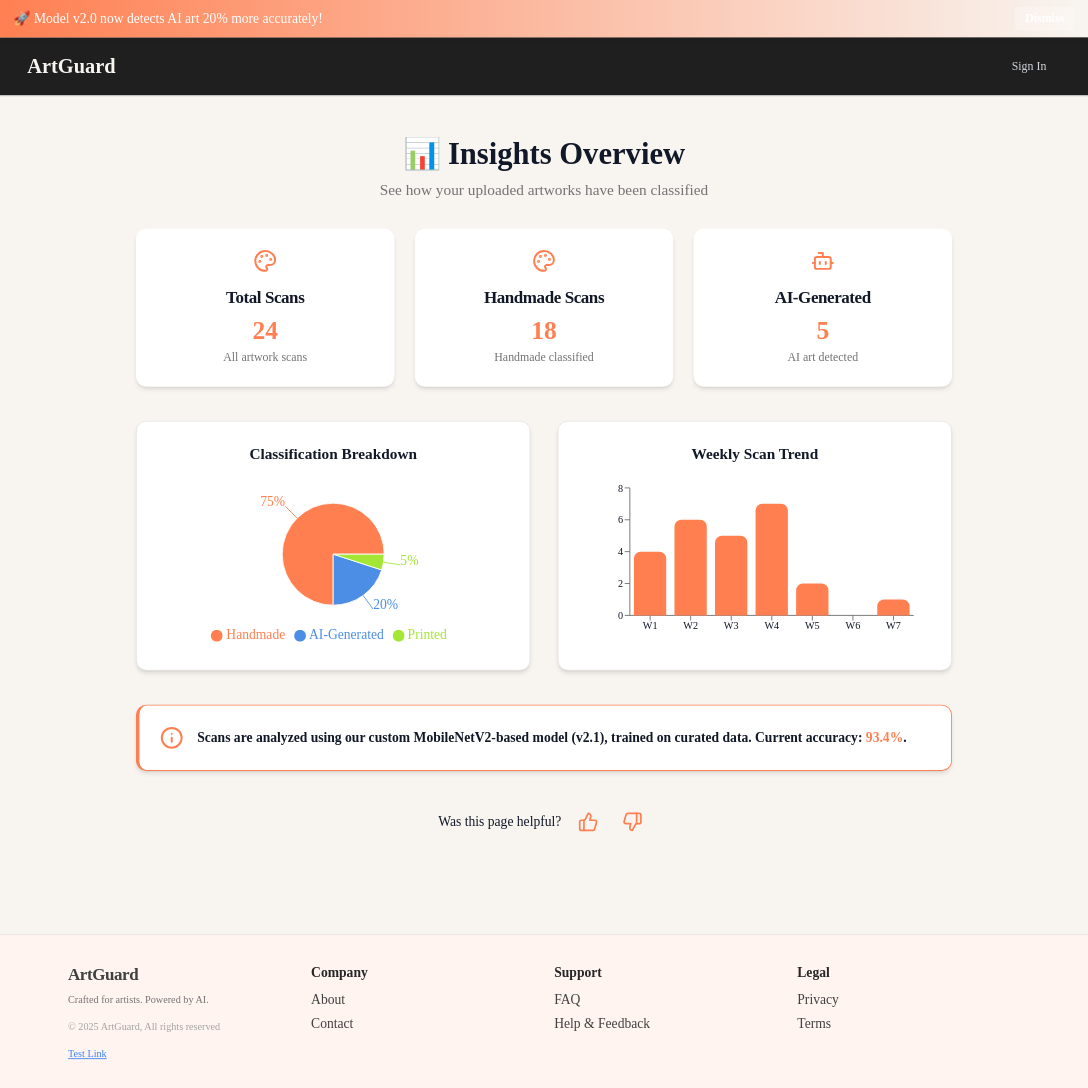
Repository: Arunkumar158/artguard
Page: /insights
These files come from the project's save history. The page is drawn as it stood at one moment and after the next save; the edit follows.
The browser window is 1280 px wide. The pictures show the whole page, at 85% of full size.
The project was rebuilt for these pictures with package versions that can differ from the ones it lists, and the page was loaded fresh each time. Also part of the build but not shown: vite.config.ts, src/components/ui/button.tsx, src/components/ui/label.tsx, src/components/ui/form.tsx, src/components/ui/input.tsx, src/components/ui/tabs.tsx, src/components/ui/alert-dialog.tsx, src/components/auth/AuthForm.tsx and 26 more.

Above is the page before, as saved 2025-07-14 09:41:36.

### index.html
<!DOCTYPE html>
<html lang="en">
  <head>
    <meta charset="UTF-8" />
    <meta name="viewport" content="width=device-width, initial-scale=1.0" />
    <title>art-sense-scan-reveal</title>
    <meta name="description" content="Lovable Generated Project" />
    <meta name="author" content="Lovable" />

    <meta property="og:title" content="art-sense-scan-reveal" />
    <meta property="og:description" content="Lovable Generated Project" />
    <meta property="og:type" content="website" />
    <meta property="og:image" content="https://lovable.dev/opengraph-image-p98pqg.png" />

    <meta name="twitter:card" content="summary_large_image" />
    <meta name="twitter:site" content="@lovable_dev" />
    <meta name="twitter:image" content="https://lovable.dev/opengraph-image-p98pqg.png" />
  </head>

  <body>
    <div id="root"></div>
    <!-- IMPORTANT: DO NOT REMOVE THIS SCRIPT TAG OR THIS VERY COMMENT! -->
    <script src="https://cdn.gpteng.co/gptengineer.js" type="module"></script>
    <script type="module" src="/src/main.tsx"></script>
  </body>
</html>

### src/main.tsx
import { createRoot } from 'react-dom/client'
import { BrowserRouter as Router } from 'react-router-dom'
import App from './App.tsx'
import './index.css'

createRoot(document.getElementById("root")!).render(
  <Router>
    <App />
  </Router>
);

### src/index.css
@import url('https://fonts.googleapis.com/css2?family=Inter:wght@400;500;600;700&family=Playfair+Display:wght@700&display=swap');

@tailwind base;
@tailwind components;
@tailwind utilities;

@layer base {
  :root {
    --background: 0 0% 100%;
    --foreground: 222.2 84% 4.9%;

    /* Art Guard Brand Colors */
    --brand-background: 36 33% 96%; /* #F9F6F2 */
    --brand-primary: 16 100% 66%;   /* #FF7F50 */
    --brand-text: 0 0% 12%;       /* #1E1E1E */

    --card: 0 0% 100%;
    --card-foreground: 222.2 84% 4.9%;

    --popover: 38 50% 98%;
    --popover-foreground: 0 0% 11.8%;

    --primary: 222.2 47.4% 11.2%;
    --primary-foreground: 210 40% 98%;

    --secondary: 210 40% 96.1%;
    --secondary-foreground: 0 0% 9%;

    --muted: 0 0% 96.1%;
    --muted-foreground: 0 0% 45.1%;

    --accent: 0 0% 96.1%;
    --accent-foreground: 0 0% 9%;

    --destructive: 0 84.2% 60.2%;
    --destructive-foreground: 0 0% 98%;

    --border: 0 0% 90%;
    --input: 0 0% 90%;
    --ring: 16 100% 66%; /* Brand primary for focus rings */

    --radius: 0.5rem;
  }

  .dark {
    --background: 222.2 84% 4.9%;
    --foreground: 210 40% 98%;

    /* Art Guard Brand Colors */
    --brand-background: 36 33% 96%; /* #F9F6F2 */
    --brand-primary: 16 100% 66%;   /* #FF7F50 */
    --brand-text: 0 0% 12%;       /* #1E1E1E */

    --card: 222.2 84% 4.9%;
    --card-foreground: 210 40% 98%;

    --popover: 0 0% 11.8%;
    --popover-foreground: 38 50% 98%;

    --primary: 210 40% 98%;
    --primary-foreground: 222.2 47.4% 11.2%;

    --secondary: 217.2 32.6% 17.5%;
    --secondary-foreground: 0 0% 98%;

    --muted: 0 0% 17.5%;
    --muted-foreground: 0 0% 65.1%;

    --accent: 0 0% 17.5%;
    --accent-foreground: 0 0% 98%;

    --destructive: 0 62.8% 30.6%;
    --destructive-foreground: 0 0% 98%;

    --border: 0 0% 25%;
    --input: 0 0% 25%;
    --ring: 16 100% 66%;
  }
}

@layer base {
  * {
    @apply border-border;
  }

  body {
    @apply bg-background text-foreground font-sans;
  }

  h1, h2, h3, h4, h5, h6 {
    @apply font-serif;
  }
}

/* Additional keyframes for animations */
@keyframes fade-in {
  from {
    opacity: 0;
    transform: translateY(10px);
  }
  to {
    opacity: 1;
    transform: translateY(0);
  }
}

@layer utilities {
  .animate-fade-in {
    animation: fade-in 0.4s ease-out forwards;
  }
}

### src/lib/supabaseClient.ts
import { createClient } from '@supabase/supabase-js'

const supabaseUrl = "https://bawanuusktkjmlniedlu.supabase.co"
const supabaseAnonKey = "eyJhbGciOiJIUzI1NiIsInR5cCI6IkpXVCJ9.eyJpc3MiOiJzdXBhYmFzZSIsInJlZiI6ImJhd2FudXVza3Rram1sbmllZGx1Iiwicm9sZSI6ImFub24iLCJpYXQiOjE3NTA1ODg3MTUsImV4cCI6MjA2NjE2NDcxNX0.ERK2N1GqeKfrCd2n5coqiYEGMFnfx_IXZGKz0Kpm_Bg"

export const supabase = createClient(supabaseUrl, supabaseAnonKey)

### src/pages/Insights.tsx
import React, { useState } from "react";
import { Card, CardHeader, CardContent, CardTitle, CardDescription } from "@/components/ui/card";
import { Dialog, DialogTrigger, DialogContent } from "@/components/ui/dialog";
import { useToast } from "@/components/ui/use-toast";
import { PieChart, Pie, Cell, Tooltip, Legend, ResponsiveContainer, BarChart, Bar, XAxis, YAxis } from "recharts";
import { Info, ThumbsUp, ThumbsDown, Palette, Bot, Printer } from "lucide-react";

const statCards = [
  {
    title: "Total Scans",
    value: 24,
    icon: <Palette className="w-7 h-7 text-[#FF7F50]" />, // 🎨
    desc: "All artwork scans",
  },
  {
    title: "Handmade Scans",
    value: 18,
    icon: <Palette className="w-7 h-7 text-[#FF7F50]" />, // 🎨
    desc: "Handmade classified",
  },
  {
    title: "AI-Generated",
    value: 5,
    icon: <Bot className="w-7 h-7 text-[#FF7F50]" />, // 🤖
    desc: "AI art detected",
  },
];

const pieData = [
  { name: "Handmade", value: 75 },
  { name: "AI-Generated", value: 20 },
  { name: "Printed", value: 5 },
];
const pieColors = ["#FF7F50", "#4C8DE5", "#A3E635"];

const barData = [
  { week: "W1", scans: 4 },
  { week: "W2", scans: 6 },
  { week: "W3", scans: 5 },
  { week: "W4", scans: 7 },
  { week: "W5", scans: 2 },
  { week: "W6", scans: 0 },
  { week: "W7", scans: 1 },
];

const Insights = () => {
  const { toast } = useToast();
  const [feedbackOpen, setFeedbackOpen] = useState(false);

  const handleFeedback = (positive: boolean) => {
    toast({
      title: "Thanks for your feedback!",
      description: positive ? "We're glad you found it helpful." : "We'll use your feedback to improve.",
    });
    setFeedbackOpen(false);
  };

  return (
    <div className="max-w-5xl mx-auto px-4 sm:px-6 lg:px-8">
      {/* Page Title */}
      <div className="mb-6 sm:mb-8 text-center">
        <h1 className="text-2xl sm:text-3xl lg:text-4xl font-bold text-[#111827] flex items-center justify-center gap-2">
          <span role="img" aria-label="chart">📊</span> Insights Overview
        </h1>
        <p className="text-sm sm:text-base lg:text-lg text-muted-foreground mt-2">See how your uploaded artworks have been classified</p>
      </div>

      {/* Stat Cards */}
      <div className="grid grid-cols-1 sm:grid-cols-2 md:grid-cols-3 gap-4 sm:gap-6 mb-8 sm:mb-10">
        {statCards.map((card, i) => (
          <Card key={card.title} className="bg-white rounded-xl shadow-md flex flex-col items-center py-4 sm:py-6 border-0">
            <CardHeader className="flex flex-col items-center gap-2 p-0 mb-2">
              {card.icon}
              <CardTitle className="text-lg sm:text-xl font-semibold text-[#111827] text-center">{card.title}</CardTitle>
            </CardHeader>
            <CardContent className="flex flex-col items-center p-0">
              <span className="text-2xl sm:text-3xl font-bold text-[#FF7F50]">{card.value}</span>
              <CardDescription className="mt-1 text-xs sm:text-sm text-center">{card.desc}</CardDescription>
            </CardContent>
          </Card>
        ))}
      </div>

      {/* Charts Section */}
      <div className="grid grid-cols-1 md:grid-cols-2 gap-6 sm:gap-8 mb-8 sm:mb-10">
        {/* Pie Chart */}
        <Card className="bg-white rounded-xl shadow-md p-4 sm:p-6 flex flex-col items-center">
          <CardHeader className="flex flex-row items-center gap-2 p-0 mb-4">
            <span className="text-base sm:text-lg font-semibold text-[#111827]">Classification Breakdown</span>
          </CardHeader>
          <CardContent className="w-full flex flex-col items-center p-0">
            <ResponsiveContainer width="100%" height={200} className="min-h-[200px]">
              <PieChart>
                <Pie
                  data={pieData}
                  dataKey="value"
                  nameKey="name"
                  cx="50%"
                  cy="50%"
                  outerRadius={60}
                  label={({ percent }) => `${(percent * 100).toFixed(0)}%`}
                >
                  {pieData.map((entry, idx) => (
                    <Cell key={`cell-${idx}`} fill={pieColors[idx % pieColors.length]} />
                  ))}
                </Pie>
                <Tooltip />
                <Legend verticalAlign="bottom" iconType="circle"/>
              </PieChart>
            </ResponsiveContainer>
          </CardContent>
        </Card>

        {/* Bar Chart */}
        <Card className="bg-white rounded-xl shadow-md p-4 sm:p-6 flex flex-col items-center">
          <CardHeader className="flex flex-row items-center gap-2 p-0 mb-4">
            <span className="text-base sm:text-lg font-semibold text-[#111827]">Weekly Scan Trend</span>
          </CardHeader>
          <CardContent className="w-full flex flex-col items-center p-0">
            <ResponsiveContainer width="100%" height={200} className="min-h-[200px]">
              <BarChart data={barData} margin={{ top: 10, right: 20, left: 0, bottom: 10 }}>
                <XAxis dataKey="week" tick={{ fill: '#111827', fontSize: 12 }} />
                <YAxis tick={{ fill: '#111827', fontSize: 12 }} allowDecimals={false} />
                <Tooltip />
                <Bar dataKey="scans" fill="#FF7F50" radius={[8, 8, 0, 0]} />
              </BarChart>
            </ResponsiveContainer>
          </CardContent>
        </Card>
      </div>

      {/* Model Accuracy Box */}
      <Card className="bg-white rounded-xl shadow-md flex flex-col sm:flex-row sm:items-center gap-4 p-4 sm:p-6 mb-8 sm:mb-10 border-l-4 border-[#FF7F50]">
        <Info className="w-6 h-6 sm:w-7 sm:h-7 text-[#FF7F50] flex-shrink-0" />
        <div>
          <div className="font-semibold text-[#111827] text-sm sm:text-base">Scans are analyzed using our custom MobileNetV2-based model (v2.1), trained on curated data. Current accuracy: <span className="text-[#FF7F50] font-bold">93.4%</span>.</div>
        </div>
      </Card>

      {/* Feedback CTA */}
      <div className="flex flex-col items-center mb-6 sm:mb-8">
        <div className="flex items-center gap-3">
          <span className="text-sm sm:text-base font-medium text-[#111827]">Was this page helpful?</span>
          <button
            className="rounded-full p-2 hover:bg-[#FF7F50]/10 transition"
            aria-label="Yes"
            onClick={() => handleFeedback(true)}
          >
            <ThumbsUp className="w-5 h-5 sm:w-6 sm:h-6 text-[#FF7F50]" />
          </button>
          <button
            className="rounded-full p-2 hover:bg-[#FF7F50]/10 transition"
            aria-label="No"
            onClick={() => handleFeedback(false)}
          >
            <ThumbsDown className="w-5 h-5 sm:w-6 sm:h-6 text-[#FF7F50]" />
          </button>
        </div>
      </div>
    </div>
  );
};

export default Insights;

### src/components/ui/toaster.tsx
import { useToast } from "@/hooks/use-toast"
import {
  Toast,
  ToastClose,
  ToastDescription,
  ToastProvider,
  ToastTitle,
  ToastViewport,
} from "@/components/ui/toast"

export function Toaster() {
  const { toasts } = useToast()

  return (
    <ToastProvider>
      {toasts.map(function ({ id, title, description, action, ...props }) {
        return (
          <Toast key={id} {...props}>
            <div className="grid gap-1">
              {title && <ToastTitle>{title}</ToastTitle>}
              {description && (
                <ToastDescription>{description}</ToastDescription>
              )}
            </div>
            {action}
            <ToastClose />
          </Toast>
        )
      })}
      <ToastViewport />
    </ToastProvider>
  )
}

### src/components/MainLayout.tsx
import React from "react";
import { Session } from "@supabase/supabase-js";
import { Header } from "./Header";
import Footer from "./Footer";

interface MainLayoutProps {
  children: React.ReactNode;
  session: Session | null;
}

export const MainLayout: React.FC<MainLayoutProps> = ({
  children,
  session,
}) => {
  const [showBanner, setShowBanner] = React.useState(true);
  return (
    <div className="min-h-screen bg-brand-background flex flex-col font-sans">
      {showBanner && (
        <div className="w-full bg-gradient-to-r from-brand-primary to-brand-secondary text-white flex items-center justify-center py-2 px-4 shadow-md z-50">
          <span className="mr-4 text-base font-medium">🚀 Model v2.0 now detects AI art 20% more accurately!</span>
          <button
            onClick={() => setShowBanner(false)}
            className="ml-auto px-3 py-1 rounded bg-white/20 hover:bg-white/30 text-white text-sm font-semibold transition-colors"
            aria-label="Dismiss notification"
          >
            Dismiss
          </button>
        </div>
      )}
      <Header session={session} />
      <main className="flex-1 container py-12">{children}</main>
      <Footer />
    </div>
  );
};

### src/components/ui/card.tsx
import * as React from "react"

import { cn } from "@/lib/utils"

const Card = React.forwardRef<
  HTMLDivElement,
  React.HTMLAttributes<HTMLDivElement>
>(({ className, ...props }, ref) => (
  <div
    ref={ref}
    className={cn(
      "rounded-lg border bg-card text-card-foreground shadow-sm",
      className
    )}
    {...props}
  />
))
Card.displayName = "Card"

const CardHeader = React.forwardRef<
  HTMLDivElement,
  React.HTMLAttributes<HTMLDivElement>
>(({ className, ...props }, ref) => (
  <div
    ref={ref}
    className={cn("flex flex-col space-y-1.5 p-6", className)}
    {...props}
  />
))
CardHeader.displayName = "CardHeader"

const CardTitle = React.forwardRef<
  HTMLParagraphElement,
  React.HTMLAttributes<HTMLHeadingElement>
>(({ className, ...props }, ref) => (
  <h3
    ref={ref}
    className={cn(
      "text-2xl font-semibold leading-none tracking-tight",
      className
    )}
    {...props}
  />
))
CardTitle.displayName = "CardTitle"

const CardDescription = React.forwardRef<
  HTMLParagraphElement,
  React.HTMLAttributes<HTMLParagraphElement>
>(({ className, ...props }, ref) => (
  <p
    ref={ref}
    className={cn("text-sm text-muted-foreground", className)}
    {...props}
  />
))
CardDescription.displayName = "CardDescription"

const CardContent = React.forwardRef<
  HTMLDivElement,
  React.HTMLAttributes<HTMLDivElement>
>(({ className, ...props }, ref) => (
  <div ref={ref} className={cn("p-6 pt-0", className)} {...props} />
))
CardContent.displayName = "CardContent"

const CardFooter = React.forwardRef<
  HTMLDivElement,
  React.HTMLAttributes<HTMLDivElement>
>(({ className, ...props }, ref) => (
  <div
    ref={ref}
    className={cn("flex items-center p-6 pt-0", className)}
    {...props}
  />
))
CardFooter.displayName = "CardFooter"

export { Card, CardHeader, CardFooter, CardTitle, CardDescription, CardContent }

### src/components/Footer.tsx
import React from "react";

const footerLinks = [
  {
    title: "Company",
    links: [
      { name: "About", href: "/about" },
      { name: "Contact", href: "/contact" },
    ],
  },
  {
    title: "Support",
    links: [
      { name: "FAQ", href: "/faq" },
      { name: "Help & Feedback", href: "/contact" },
    ],
  },
  {
    title: "Legal",
    links: [
      { name: "Privacy", href: "/privacy-policy" },
      { name: "Terms", href: "/terms-of-service" },
    ],
  },
];

export default function Footer() {
  return (
    <footer className="bg-[#FFF4F0] border-t border-neutral-200 py-8 mt-8 text-neutral-700 text-sm md:text-base">
      <div className="max-w-6xl mx-auto px-4 md:px-4">
        <div className="flex flex-col md:grid md:grid-cols-4 gap-6 md:gap-6 py-4 px-4 md:p-0">
          {/* Brand/Left Side */}
          <div className="mb-6 md:mb-0 flex flex-col gap-2 md:col-span-1">
            <h2 className="text-xl font-bold tracking-tight">ArtGuard</h2>
            <span className="text-xs text-neutral-500">Crafted for artists. Powered by AI.</span>
            <span className="text-xs text-neutral-400 mt-2">© 2025 ArtGuard, All rights reserved</span>
            <a href="/test" className="text-xs text-blue-500 underline mt-2">Test Link</a>
          </div>
          {/* 3 Columns */}
          <div className="flex flex-col space-y-3 md:space-y-0 md:grid md:grid-cols-3 gap-6 md:col-span-3">
            {footerLinks.map((col) => (
              <div key={col.title}>
                <div className="font-semibold mb-2 text-neutral-800">{col.title}</div>
                <ul className="space-y-1">
                  {col.links.map((link) => (
                    <li key={link.name}>
                      <a
                        href={link.href}
                        className="block md:inline-block w-full md:w-auto px-2 py-2 md:px-0 md:py-0 rounded transition-colors duration-150 hover:underline hover:bg-[#FF7F50]/10 focus:bg-[#FF7F50]/20 focus:outline-none text-neutral-700"
                        style={{ minWidth: 0 }}
                      >
                        {link.name}
                      </a>
                    </li>
                  ))}
                </ul>
              </div>
            ))}
          </div>
        </div>
      </div>
    </footer>
  );
}

### tailwind.config.ts
import type { Config } from "tailwindcss";
import { fontFamily } from "tailwindcss/defaultTheme";
import tailwindcssAnimate from "tailwindcss-animate";

export default {
	darkMode: ["class"],
	content: [
		"./pages/**/*.{ts,tsx}",
		"./components/**/*.{ts,tsx}",
		"./app/**/*.{ts,tsx}",
		"./src/**/*.{ts,tsx}",
	],
	prefix: "",
	theme: {
		container: {
			center: true,
			padding: '2rem',
			screens: {
				'2xl': '1400px'
			}
		},
		extend: {
			fontFamily: {
				sans: ["var(--font-sans)", "Inter", "sans-serif"],
				serif: ["var(--font-serif)", "Playfair Display", "serif"],
			},
			colors: {
				border: 'hsl(var(--border))',
				input: 'hsl(var(--input))',
				ring: 'hsl(var(--ring))',
				background: 'hsl(var(--background))',
				foreground: 'hsl(var(--foreground))',
				'brand-background': 'hsl(var(--brand-background))',
				'brand-primary': 'hsl(var(--brand-primary))',
				'brand-text': 'hsl(var(--brand-text))',
				primary: {
					DEFAULT: 'hsl(var(--primary))',
					foreground: 'hsl(var(--primary-foreground))'
				},
				secondary: {
					DEFAULT: 'hsl(var(--secondary))',
					foreground: 'hsl(var(--secondary-foreground))'
				},
				destructive: {
					DEFAULT: 'hsl(var(--destructive))',
					foreground: 'hsl(var(--destructive-foreground))'
				},
				muted: {
					DEFAULT: 'hsl(var(--muted))',
					foreground: 'hsl(var(--muted-foreground))'
				},
				accent: {
					DEFAULT: 'hsl(var(--accent))',
					foreground: 'hsl(var(--accent-foreground))'
				},
				popover: {
					DEFAULT: 'hsl(var(--popover))',
					foreground: 'hsl(var(--popover-foreground))'
				},
				card: {
					DEFAULT: 'hsl(var(--card))',
					foreground: 'hsl(var(--card-foreground))'
				},
				'handmade': "#D96D6D",
				'ai-generated': "#4C8DE5",
				'digital-print': "#4EE5D3",
				'brand': "#FF7F50",
			},
			borderRadius: {
				lg: 'var(--radius)',
				md: 'calc(var(--radius) - 2px)',
				sm: 'calc(var(--radius) - 4px)'
			},
			keyframes: {
				'accordion-down': {
					from: {
						height: '0'
					},
					to: {
						height: 'var(--radix-accordion-content-height)'
					}
				},
				'accordion-up': {
					from: {
						height: 'var(--radix-accordion-content-height)'
					},
					to: {
						height: '0'
					}
				},
				'pulse': {
					'0%, 100%': {
						opacity: '1'
					},
					'50%': {
						opacity: '0.5'
					}
				},
				'shimmer': {
					'0%': {
						backgroundPosition: '-200% 0'
					},
					'100%': {
						backgroundPosition: '200% 0'
					}
				}
			},
			animation: {
				'accordion-down': 'accordion-down 0.2s ease-out',
				'accordion-up': 'accordion-up 0.2s ease-out',
				'pulse': 'pulse 2s cubic-bezier(0.4, 0, 0.6, 1) infinite',
				'shimmer': 'shimmer 2s infinite linear'
			}
		}
	},
	plugins: [tailwindcssAnimate],
} satisfies Config;

Loaded but not shown: src/lib/utils.ts (common file); src/components/ui/use-toast.ts (common file); src/hooks/use-toast.ts (common file); src/components/Header.tsx (125 lines, source omitted); src/components/ui/toast.tsx (127 lines, source omitted); src/components/ui/sheet.tsx (130 lines, source omitted); src/App.tsx (93 lines, source omitted)

After the next save:
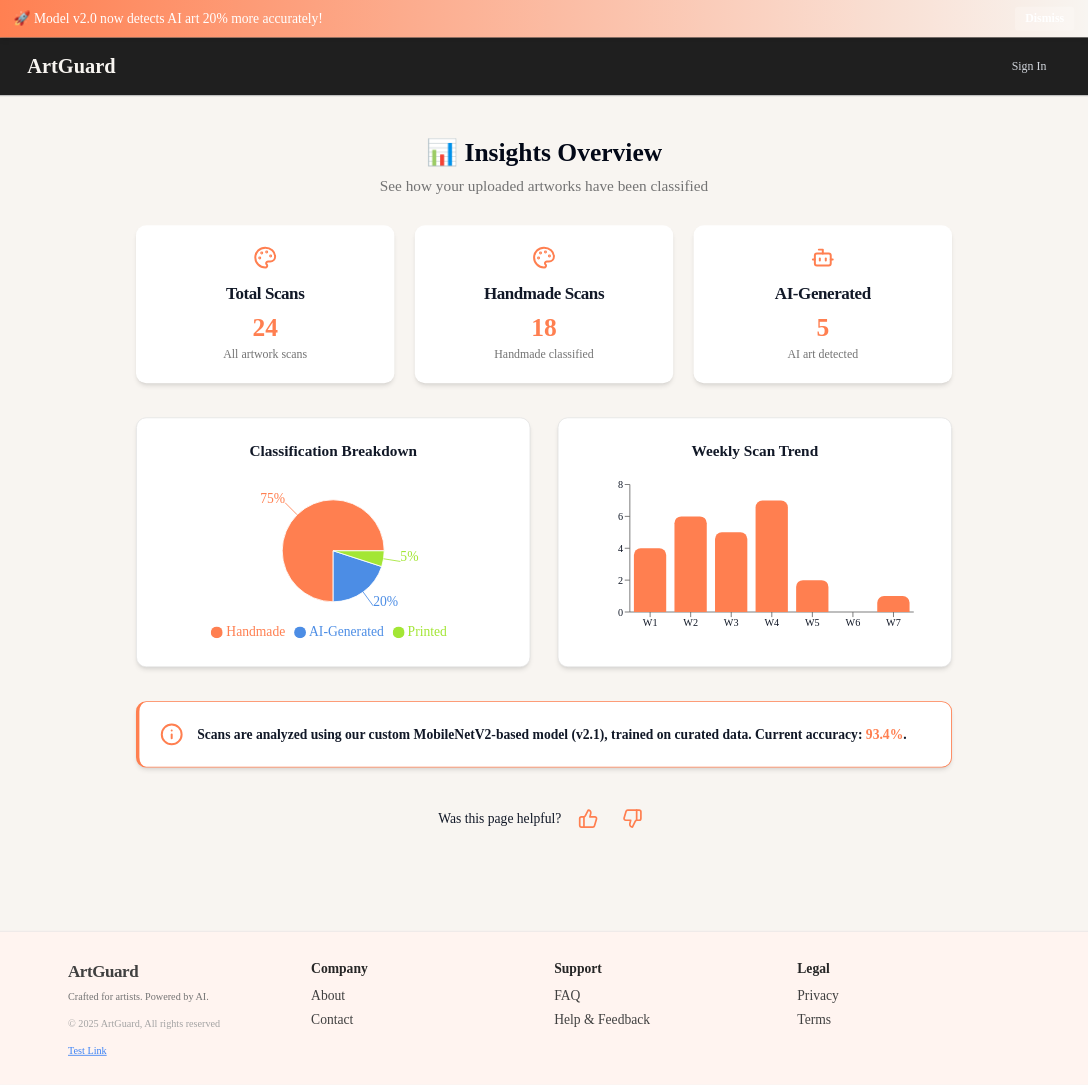
Saved 8 s later.
--- a/src/pages/Insights.tsx
+++ b/src/pages/Insights.tsx
@@ -59,7 +59,7 @@
     <div className="max-w-5xl mx-auto px-4 sm:px-6 lg:px-8">
       {/* Page Title */}
       <div className="mb-6 sm:mb-8 text-center">
-        <h1 className="text-2xl sm:text-3xl lg:text-4xl font-bold text-[#111827] flex items-center justify-center gap-2">
+        <h1 className="text-xl sm:text-2xl md:text-3xl font-bold text-foreground flex items-center justify-center gap-2">
           <span role="img" aria-label="chart">📊</span> Insights Overview
         </h1>
         <p className="text-sm sm:text-base lg:text-lg text-muted-foreground mt-2">See how your uploaded artworks have been classified</p>
